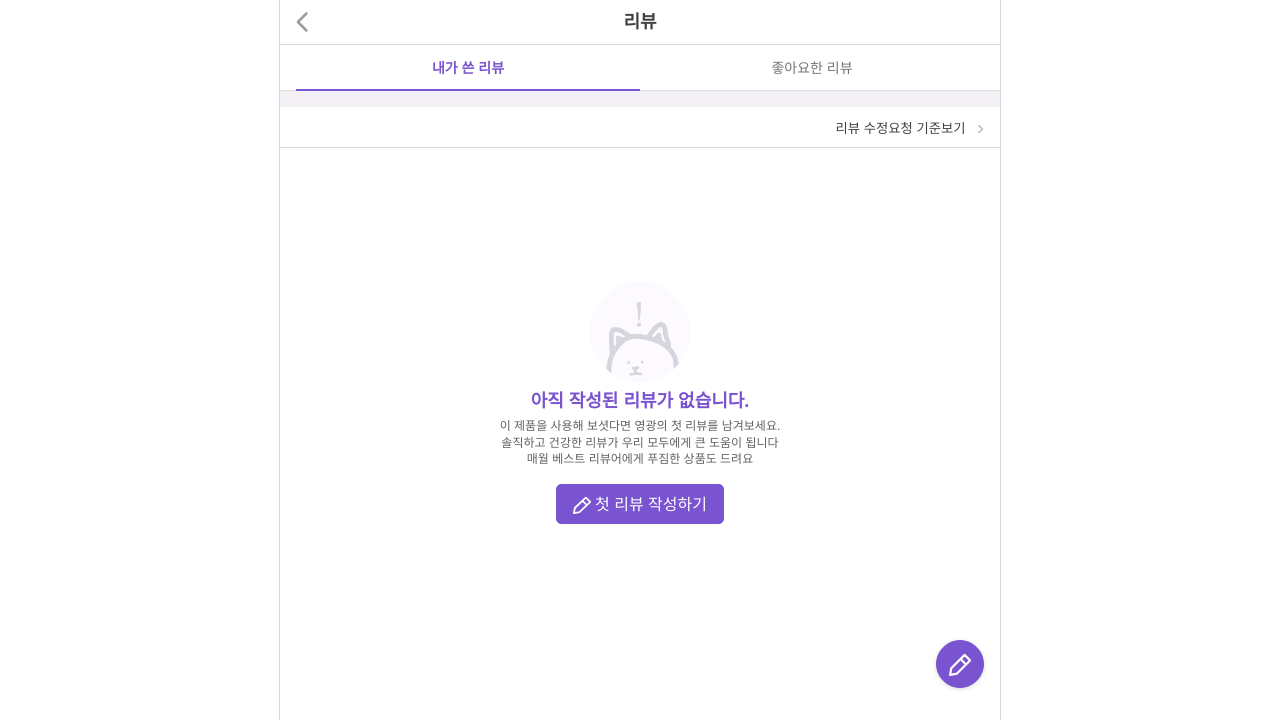
Repository: gosun1018/denguru
Page: my_review_mine_noreview.html
These files come from the project's save history. The page is drawn as it stood at one moment and after the next save; the edit follows.
The browser window is 1280 px wide. The pictures show the whole page.
After loading, the first visible `button.btn_right` was clicked once.
Some web fonts or font styles are not loaded; a fallback is used. The style sheet was rebuilt from its Sass, Less or Tailwind sources for each picture, by a compiler version that may differ from the author's.

Above is the page before, as saved 2020-03-20 17:45:19.
Console error: ReferenceError: openPopup01 is not defined

After the next save:
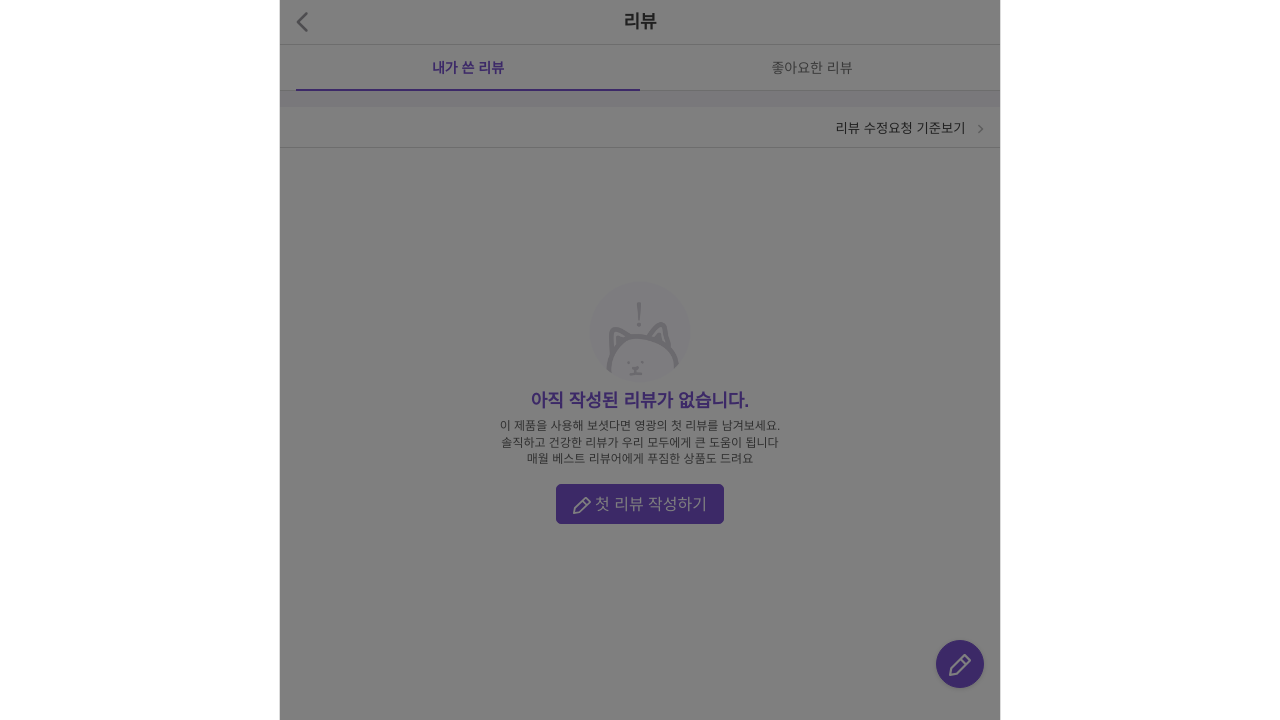
Console error: TypeError: Cannot read properties of null (reading 'classList')
Saved 3 min 14 s later.
--- a/my_review_mine_noreview.html
+++ b/my_review_mine_noreview.html
@@ -112,6 +112,22 @@
             });
         })
 
+        //
+        function openPopup01(id){
+            var elPopupContainer = document.getElementById(id);
+
+            elPopupWrap.classList.add(SHOW);
+            document.body.style.overflow = "hidden";
+            elPopupContainer.classList.add(SHOW);
+        }
+        function closePopup01(id){
+            var elPopupContainer = document.getElementById(id);
+
+            elPopupContainer.classList.remove(SHOW);
+            elPopupWrap.classList.remove(SHOW);
+            document.body.style.overflow = "visible";
+        }
+
         //프로리뷰어 리뷰팝업
         var elBtnProreviewer = document.querySelectorAll('.btn_proreviewer');
         var elPopupWrap = document.querySelector('.popup_wrap');
